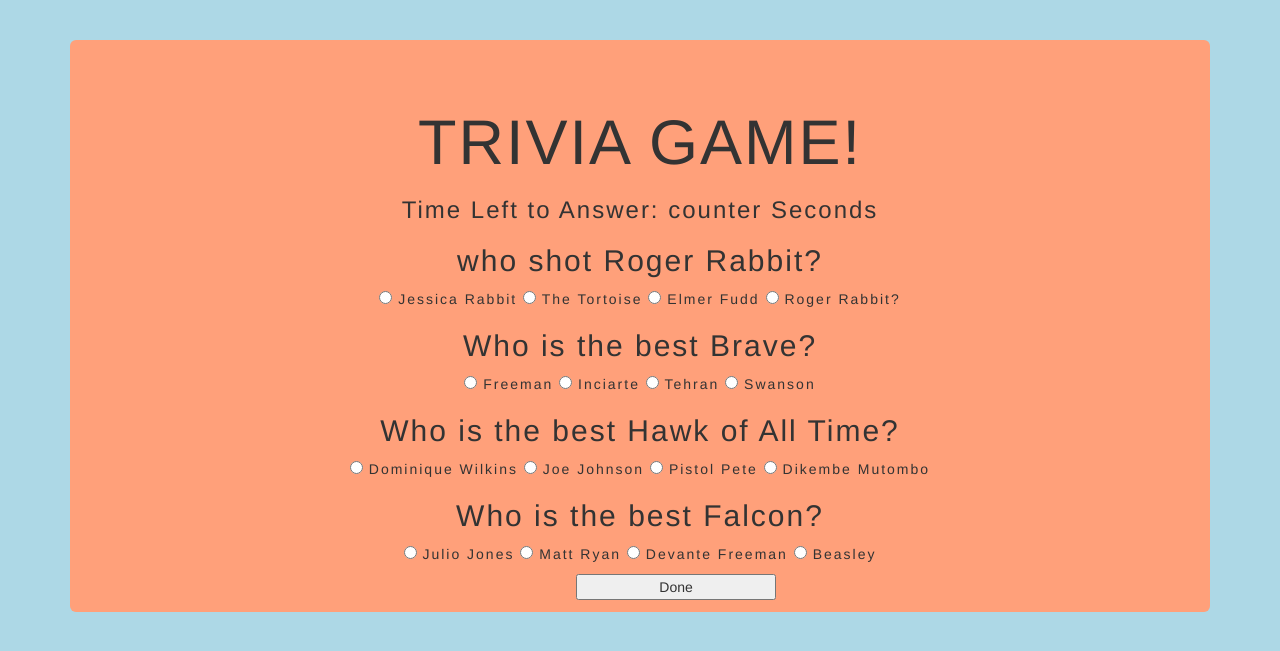
Repository: phiniezyc/TriviaGame
Page: index.html
An editor plug-in stored every save of this project. The page is shown before and after a run of saves, followed by the edit.
The browser window is 1280 px wide. The pictures show the whole page.
After loading, the first visible `#startGameButton` was clicked once.
Some web libraries are served in a nearby version.

Above is the page before, as saved 2017-09-14 01:50:18.
Console error: TypeError: "#timeLeft".html is not a function

### index.html
<!DOCTYPE html>
<html lang="">
<head>
    <meta charset="utf-8">
    <meta name="viewport" content="width=device-width, initial-scale=1.0">
    <title>Quiz Game</title>
    <link rel="stylesheet" href="https://maxcdn.bootstrapcdn.com/bootstrap/3.3.7/css/bootstrap.min.css">
    <link rel="stylesheet" href="assets/css/style.css">
</head>

<body>

<div class="container">
<div class="row">

</div>
</div>
<div class="container">
    <div class="jumbotron">
        <div>
            <h1 id="gameHeading">TRIVIA GAME!</h1>
        </div>
        <div id="questionSection">
            <button id="startGameButton">Start Game</button>
        </div>
    </div>
</div>



<script src="https://ajax.googleapis.com/ajax/libs/jquery/3.2.1/jquery.min.js"></script>
<script src="assets/javascript/app.js"></script>
</body>
</html>

### assets/css/style.css
body {
    background-color: lightblue;
}



button {
    /*margin-left: 45%;*/
    /*text-align: center;*/
    width: 200px;
    position: absolute;
    left: 45%;
}


.jumbotron {
    background-color: lightsalmon;
    margin-top: 40px;
    text-align: center;
    letter-spacing: 2px;
}

#gameHeading {
    text-align: center;
}


#doneButton {
    margin-top: 10px;
}

/*
.!*answerSections {

    height: 100px;
    border-style: solid;
    border-width: 5px;
    text-align: center;
    font-size: 35px;
    width: 75%;
    margin: 0 auto;
    padding-top: 15px;
} *!*/

### assets/javascript/app.js

$("#startGameButton").on("click", function () {
    trivaScoring.startTimer();
    /* $("#startGameButton").remove();
    for (var i = 0; i < questions.length; i++) {
        $("#questionSection").append("<h2>" + questions[i].question + "</h2>");
        for (var j = 0; j < questions[i].answers.length; j++) {
            $("#questionSection").append("<input type = 'radio' name= 'questionsToAsk" + i + " 'value' " + questions[i].answers[j] + "'>" + questions[i].answers[j])
        }
    }
    $("#questionSection").after("<button value = 'hello' id = 'doneButton'> Done"); */
});

var questions = [{
    question: " who shot Roger Rabbit? ",
    answers: [" Jessica Rabbit ", " The Tortoise ", " Elmer Fudd ", " Roger Rabbit? "],
    correctAnswer: " Jessica Rabbit "
}, {
    question: " Who is the best Brave? ",
    answers: [" Freeman ", " Inciarte ", " Tehran ", " Swanson "],
    correctAnswer: "Freeman"
}, {
    question: " Who is the best Hawk of All Time? ",
    answers: [" Dominique Wilkins ", " Joe Johnson ", " Pistol Pete ", " Dikembe Mutombo "],
    correctAnswer: " Dominique Wilkins "
}, {
    question: " Who is the best Falcon? ",
    answers: [" Julio Jones ", " Matt Ryan ", " Devante Freeman ", " Beasley "],
    correctAnswer: " Julio Jones "
}];


var trivaScoring = {
    correct: 0,
    incorrect: 0,
    counter: 60,
    timeLeft: function() {
        trivaScoring.counter--;
        ("#timeLeft").html(trivaScoring.counter);
        if (trivaScoring.counter === 0) {
            console.log("You're done!");
            trivaScoring.over();
        }
    },
    startTimer: function() {
        timer = setInterval(trivaScoring.timeLeft, 1000);
        $("#questionSection").prepend("<h3>Time Left to Answer: <span id = 'timeLeft'> counter </span> Seconds </h3>");
        $("#startGameButton").remove();
        for (var i = 0; i < questions.length; i++) {
            $("#questionSection").append("<h2>" + questions[i].question + "</h2>");
            for (var j = 0; j < questions[i].answers.length; j++) {
                $("#questionSection").append("<input type = 'radio' name= 'questionsToAsk" + i + " 'value' " + questions[i].answers[j] + "'>" + questions[i].answers[j])
            }
        }
        $("#questionSection").after("<button value = 'hello' id = 'doneButton'> Done");
    }


}

After the next 2 saves:
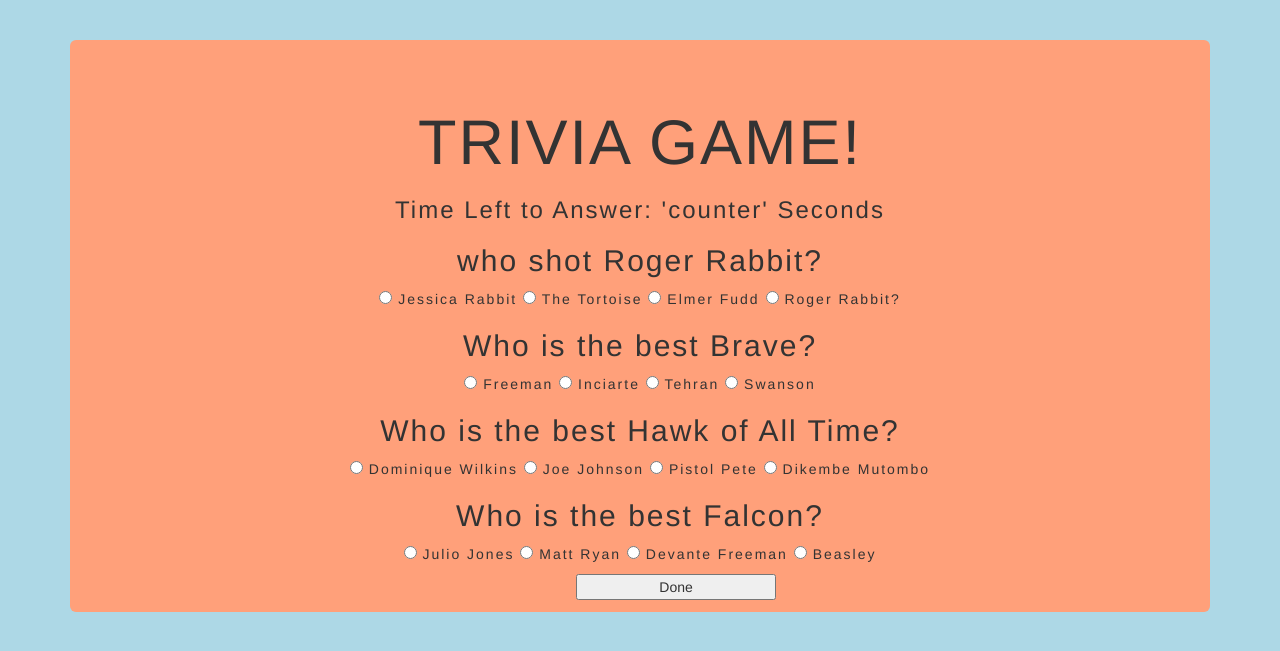
The 2 saves are shown as one change because they came seconds apart.
The last was saved 22 s later.
--- a/assets/javascript/app.js
+++ b/assets/javascript/app.js
@@ -44,7 +44,7 @@
     },
     startTimer: function() {
         timer = setInterval(trivaScoring.timeLeft, 1000);
-        $("#questionSection").prepend("<h3>Time Left to Answer: <span id = 'timeLeft'> counter </span> Seconds </h3>");
+        $("#questionSection").prepend("<h3>Time Left to Answer: <span id = 'timeLeft'> 'counter' </span> Seconds </h3>");
         $("#startGameButton").remove();
         for (var i = 0; i < questions.length; i++) {
             $("#questionSection").append("<h2>" + questions[i].question + "</h2>");
